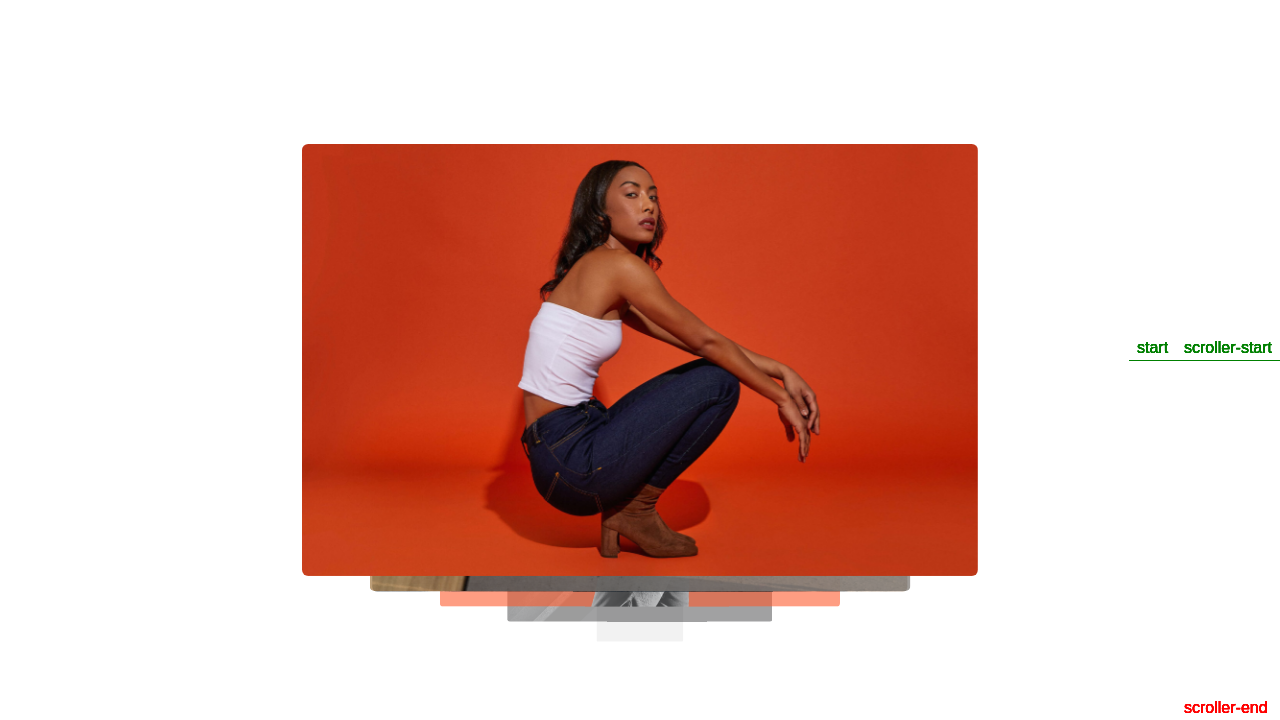
Repository: lwygold/motion
Page: layout/이미지 위로 계속 올라가는레이아웃.html
An editor plug-in stored every save of this project. The page is shown before and after the next save, followed by the edit.
The browser window is 1280 px wide. The pictures show the window.
Pictures or frames that could not be fetched are drawn as grey boxes. A layer covers the whole window, so only the first screen is drawn.

Above is the page before, as saved 2023-02-21 13:54:23.

After the next save:
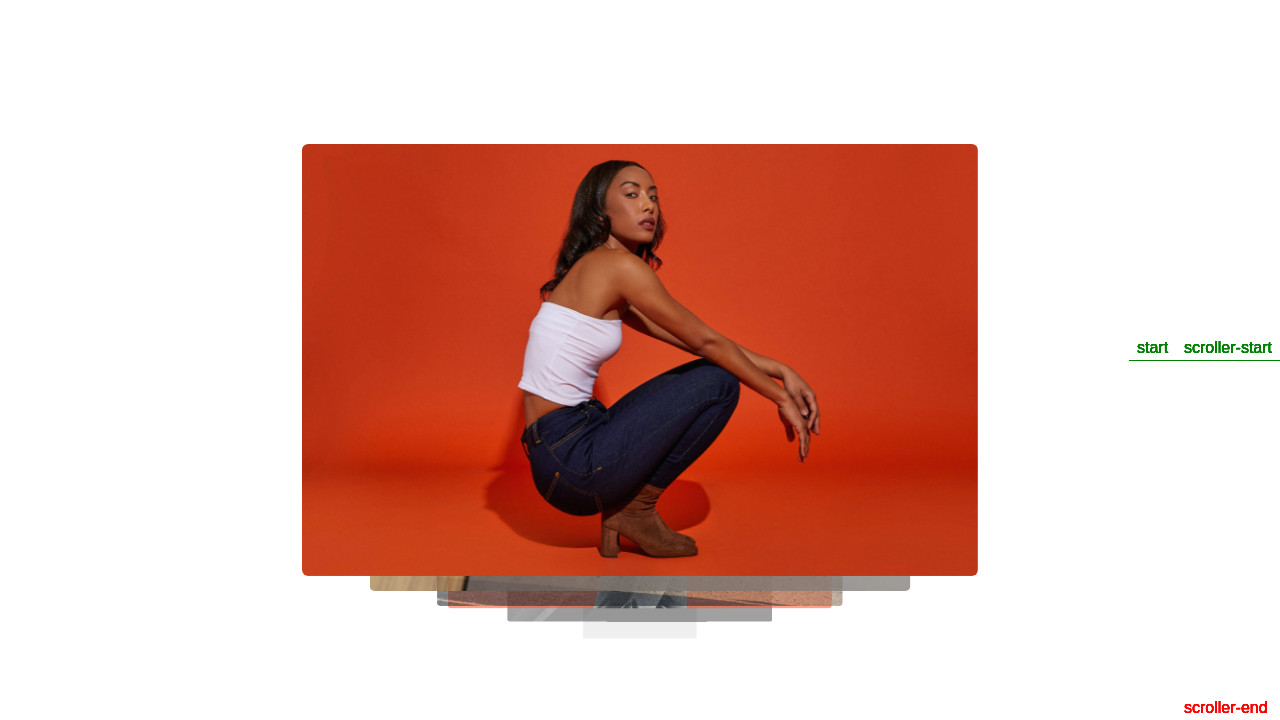
Saved 75 s later.
--- a/layout/이미지 위로 계속 올라가는레이아웃.html
+++ b/layout/이미지 위로 계속 올라가는레이아웃.html
@@ -251,6 +251,18 @@
                 y:0,
                 opacity:1,
                 scale:1,
+            }).to('.s1-4', {
+                y:0,
+                opacity:1,
+                scale:1,
+            }).to('.s1-5', {
+                y:0,
+                opacity:1,
+                scale:1,
+            }).to('.s1-6', {
+                y:0,
+                opacity:1,
+                scale:1,
             });
 
             tl3.to('.s1-3', {
@@ -261,6 +273,14 @@
                 y: 15+"px",
                 opacity: 0.8,
                 scale: 0.8,
+            }).to('.s1-5', {
+                y: 15+"px",
+                opacity: 0.8,
+                scale: 0.8,
+            }).to('.s1-6', {
+                y: 15+"px",
+                opacity: 0.8,
+                scale: 0.8,
             });
 
             tl4.to('.s1-4', {
@@ -271,6 +291,10 @@
                 y: 30+"px",
                 opacity: 0.6,
                 scale: 0.6,
+            }).to('.s1-6', {
+                y: 30+"px",
+                opacity: 0.6,
+                scale: 0.6,
             });
 
             tl5.to('.s1-5', {
